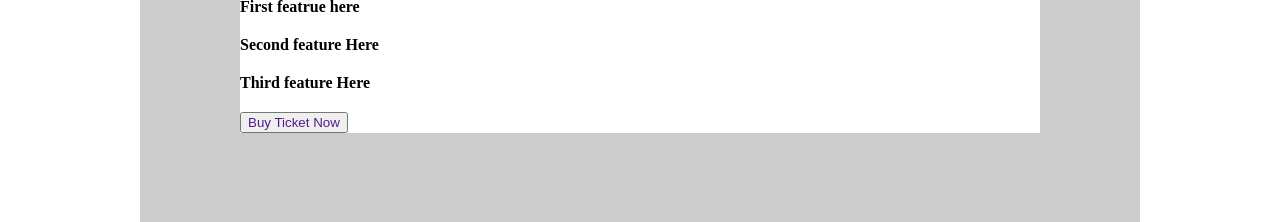
Repository: duyancol/project-ltw-nhom13
Page: page b/index.html
An editor plug-in stored every save of this project. The page is shown before and after the next save, followed by the edit.
The browser window is 1280 px wide. The pictures show the part of the page from y = 1038 to 1593 px (the page is 1260 px tall before and 1593 px after).
A picture or video elsewhere on the page could not be fetched, so the positions and the page height are approximate. Some web fonts or font styles are not loaded; a fallback is used.

Above is the page before, as saved 2021-10-18 10:56:52.

After the next save:
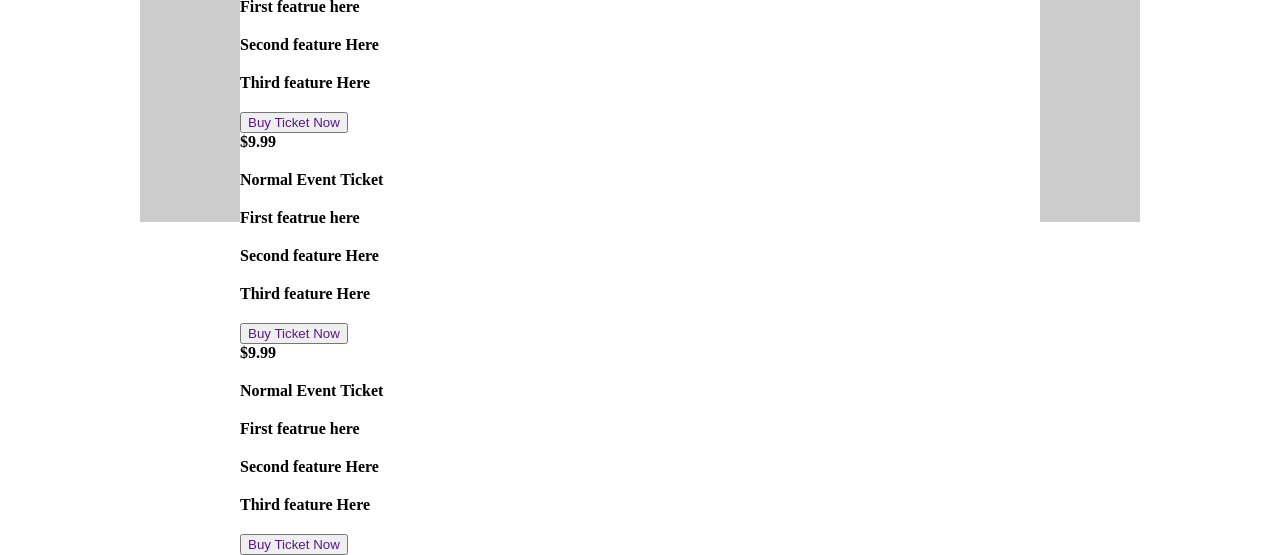
Saved 29 s later.
--- a/page b/index.html
+++ b/page b/index.html
@@ -85,6 +85,21 @@
             <h4> Third feature Here</h4>
             <button class="xanh"><a href="">Buy Ticket Now</a></button>
         </div>
+        <div class="thue">
+            <h1>$9.99</h1>
+            <h4>Normal Event Ticket</h4>
+            <h4> First featrue here</h4>
+            <h4> Second feature Here</h4>
+            <h4> Third feature Here</h4>
+            <button class="xanh"><a href="">Buy Ticket Now</a></button>
+        </div><div class="thue">
+            <h1>$9.99</h1>
+            <h4>Normal Event Ticket</h4>
+            <h4> First featrue here</h4>
+            <h4> Second feature Here</h4>
+            <h4> Third feature Here</h4>
+            <button class="xanh"><a href="">Buy Ticket Now</a></button>
+        </div>
     </div>
 </div>
 </body>
